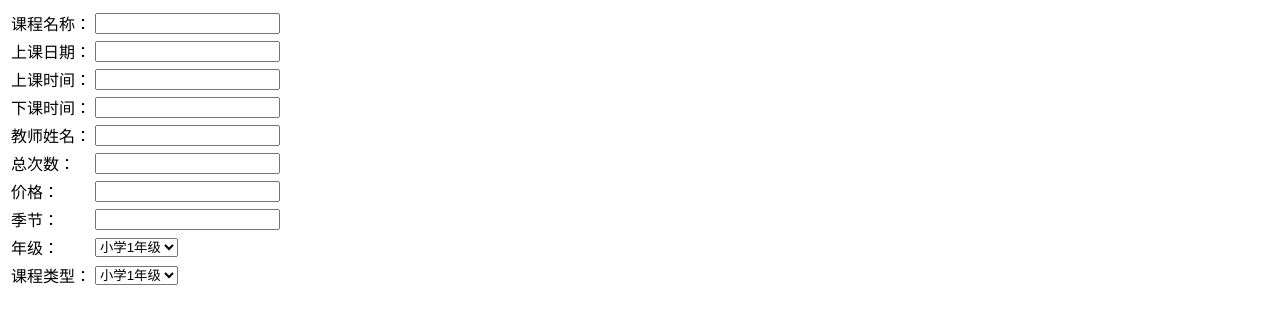
Repository: arkulo56/codeLibrary
Page: http://localhost/firstWeb/addCourse.jsp
These files come from the project's save history. The page is drawn as it stood at one moment and after the next save; the edit follows.
The browser window is 1280 px wide. The pictures show the whole page.
The page is served by Tomcat 9.

Above is the page before, as saved 2016-04-21 08:27:15.

After the next save:
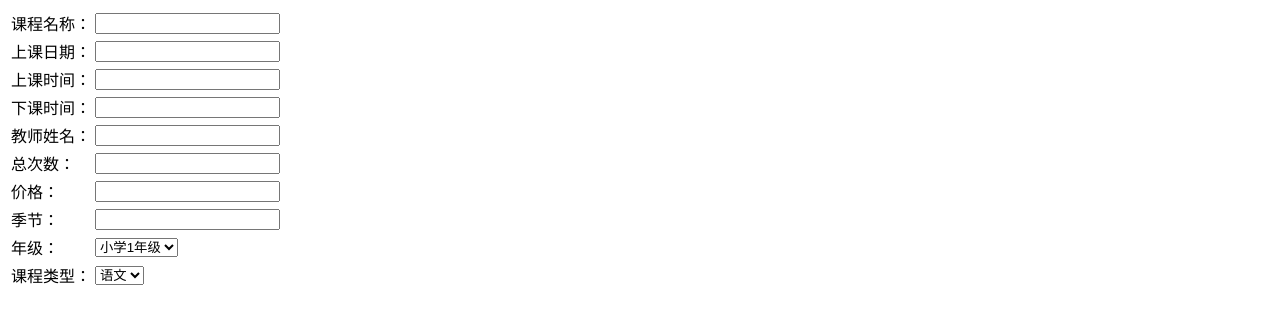
Saved 51 s later.
--- a/java/firstWeb/WebContent/addCourse.jsp
+++ b/java/firstWeb/WebContent/addCourse.jsp
@@ -66,9 +66,13 @@
 	<td>课程类型：</td>
 	<td>
 	<select name="classGategory">
-		<option value="1">小学1年级</option>
-		<option value="2">小学2年级</option>
-		<option value="3">小学3年级</option>
+		<option value="1">语文</option>
+		<option value="2">数学</option>
+		<option value="3">英语</option>
+		<option value="4">物理</option>
+		<option value="5">化学</option>
+		<option value="6">生物</option>
+		<option value="7">地理</option>
 	</select>
 	</td>
 </tr>
